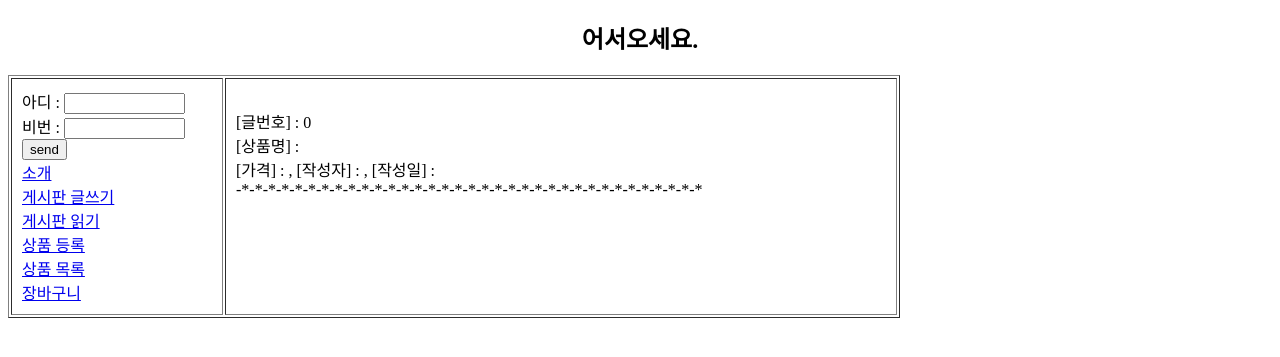
Repository: supremehappy/JSP_test02
Page: http://localhost/MyHomeMyBatis/proitem
The author's editor kept a copy of each file at every save. The page is drawn from the files as they stood at one save, then again after the next save.
The browser window is 1280 px wide. The pictures show the whole page.
The page is served by Tomcat 9. Other server files are loaded and not shown. Queries for data that is not in the repository find no rows.

Above is the page before, as saved 2017-07-31 08:08:32.

### MyHomeMyBatis/WebContent/templat.jsp
<%@ page language="java" contentType="text/html; charset=UTF-8"
    pageEncoding="UTF-8"%>
<%@ taglib uri="http://java.sun.com/jsp/jstl/core" prefix="c" %>
<!DOCTYPE html PUBLIC "-//W3C//DTD HTML 4.01 Transitional//EN" "http://www.w3.org/TR/html4/loose.dtd">
<html>
<head>
<meta http-equiv="Content-Type" content="text/html; charset=UTF-8">
<title>myHome</title>
</head>
<body>
<h2 align="center">어서오세요.</h2>
<table border="1" cellpadding="10">
	<tr>
		<td width="190" valign="top">

			<c:choose>
				<c:when test="${sessionScope.id ==null }">
					<jsp:include page="login.jsp" />
				</c:when>
				<c:otherwise>
					<jsp:include page="logout.jsp" />
				</c:otherwise>
			</c:choose>

			<a href="templat.jsp?BODY=intro.html">소개</a><br>
			<a href="templat.jsp?BODY=bbsInput.jsp">게시판 글쓰기</a><br>
			<a href="bbs-list">게시판 읽기</a><br>
			<a href="templat.jsp?BODY=productInput.html">상품 등록</a><br>
			<a href="pro-list">상품 목록</a><br>
			<a href="cart-list">장바구니</a><br>
		</td>

		<td width="650" valign="top">
			<c:choose>
				<c:when test="${param.BODY !=null }">
					<jsp:include page="${param.BODY}"/>
				</c:when>
				<c:otherwise>
					<jsp:include page="front.jsp"/>
				</c:otherwise>
			</c:choose>
		</td>
	</tr>
</table>
</body>
</html>

### MyHomeMyBatis/WebContent/login.jsp
<%@ page language="java" contentType="text/html; charset=UTF-8"
    pageEncoding="UTF-8"%>
<%@ taglib prefix="c" uri="http://java.sun.com/jsp/jstl/core" %>
<!DOCTYPE html PUBLIC "-//W3C//DTD HTML 4.01 Transitional//EN" "http://www.w3.org/TR/html4/loose.dtd">
<html>
<head>
<meta http-equiv="Content-Type" content="text/html; charset=UTF-8">
<title>Insert title here</title>
</head>
<body>
<c:choose>
	<c:when test="${param.UPLOAD != null }">
		<h2>plz, login</h2>
		<form action="login" method="post">
			아디 : <input type="text" name="id" size="12" /><br>
			비번 : <input type="password" name="pw" size="12" /><br>
			<input type="submit" value="send"/>
		</form>
	</c:when>

	<c:when test="${param.UPLOAD2 != null }">
		<h2>plz, login</h2>
		<form action="login" method="post">
			아디 : <input type="text" name="id" size="12" /><br>
			비번 : <input type="password" name="pw" size="12" /><br>
			<input type="submit" value="send"/>
		</form>
	</c:when>

	<c:otherwise>
		<form action="login" method="post">
			아디 : <input type="text" name="id" size="12" /><br>
			비번 : <input type="password" name="pw" size="12" /><br>
			<input type="submit" value="send"/>
		</form>
	</c:otherwise>
</c:choose>
</body>
</html>

### MyHomeMyBatis/WebContent/ProContentView.jsp
<%@ page language="java" contentType="text/html; charset=UTF-8"
    pageEncoding="UTF-8"%>
<!DOCTYPE html PUBLIC "-//W3C//DTD HTML 4.01 Transitional//EN" "http://www.w3.org/TR/html4/loose.dtd">
<html>
<head>
<meta http-equiv="Content-Type" content="text/html; charset=UTF-8">
<title>Insert title here</title>
</head>
<body>
<h2 align="center"></h2>
[글번호] : ${PRO_ITEM.pid }<br>
[상품명] : ${PRO_ITEM.name }<br>
[가격] : ${PRO_price}, [작성자] : ${PRO_ITEM.writer }, [작성일] : ${PRO_ITEM.date }<br>
-*-*-*-*-*-*-*-*-*-*-*-*-*-*-*-*-*-*-*-*-*-*-*-*-*-*-*-*-*-*-*-*-*-*-*<br>
${PRO_ITEM.content}
</body>
</html>

### MyHomeMyBatis/src/myHome/ProItemServlet.java
package myHome;

import java.io.IOException;
import java.sql.Connection;
import java.sql.DriverManager;
import java.sql.ResultSet;
import java.sql.Statement;

import javax.servlet.RequestDispatcher;
import javax.servlet.ServletException;
import javax.servlet.annotation.WebServlet;
import javax.servlet.http.HttpServlet;
import javax.servlet.http.HttpServletRequest;
import javax.servlet.http.HttpServletResponse;

/**
 * Servlet implementation class ProItemServlet
 */
@WebServlet("/proitem")
public class ProItemServlet extends HttpServlet {
	private static final long serialVersionUID = 1L;

    /**
     * @see HttpServlet#HttpServlet()
     */
    public ProItemServlet() {
        super();
        // TODO Auto-generated constructor stub
    }

	/**
	 * @see HttpServlet#doGet(HttpServletRequest request, HttpServletResponse response)
	 */
	protected void doGet(HttpServletRequest request, HttpServletResponse response) throws ServletException, IOException {

		String pid = request.getParameter("PID");
		Connection conn=null; Statement stmt = null;
		ProItem item = new ProItem();

		try{
			Class.forName("oracle.jdbc.driver.OracleDriver");
			conn = DriverManager.getConnection("jdbc:oracle:thin:@127.0.0.1:1521:orcl","hr","1234");

			if(conn==null) throw new Exception("error");
			stmt=conn.createStatement();

			String sql = "select * from product_info where pid ="+pid;
			ResultSet rs= stmt.executeQuery(sql);

			if(rs.next()){
				item.setPid(rs.getInt("pid"));
				item.setName(rs.getString("name"));
				item.setPrice(rs.getInt("price"));
				item.setContent(rs.getString("content"));
				item.setDate(rs.getString("p_date"));
				item.setWriter(rs.getString("id"));
			}
		}catch(Exception e){
			e.printStackTrace();
		}finally{
			try{stmt.close(); conn.close();}catch(Exception e){}
		}

		request.setAttribute("PRO_ITEM", item);
		RequestDispatcher dis = request.getRequestDispatcher("templat.jsp?BODY=ProContentView.jsp");

		dis.forward(request, response);
	}

	/**
	 * @see HttpServlet#doPost(HttpServletRequest request, HttpServletResponse response)
	 */
	protected void doPost(HttpServletRequest request, HttpServletResponse response) throws ServletException, IOException {
		// TODO Auto-generated method stub
		doGet(request, response);
	}

}

### MyHomeMyBatis/src/myHome/ProItem.java
package myHome;

public class ProItem {

	private int pid;
	private String name;
	private int price;
	private String content;
	private String writer;
	private String date;

	public int getPid() {
		return pid;
	}
	public void setPid(int pid) {
		this.pid = pid;
	}
	public String getName() {
		return name;
	}
	public void setName(String name) {
		this.name = name;
	}
	public int getPrice() {
		return price;
	}
	public void setPrice(int price) {
		this.price = price;
	}
	public String getContent() {
		return content;
	}
	public void setContent(String content) {
		this.content = content;
	}
	public String getWriter() {
		return writer;
	}
	public void setWriter(String writer) {
		this.writer = writer;
	}
	public String getDate() {
		return date;
	}
	public void setDate(String date) {
		this.date = date;
	}
}

After the next save:
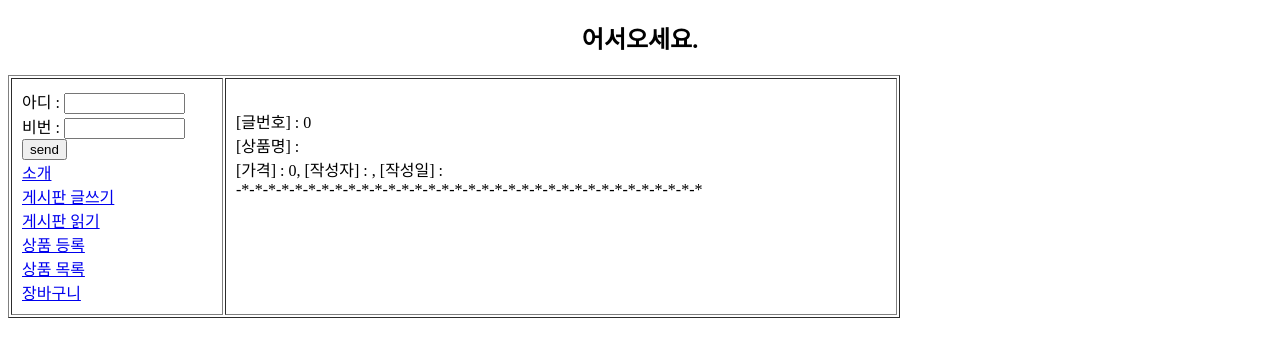
Saved 6 min 38 s later.
--- a/MyHomeMyBatis/WebContent/ProContentView.jsp
+++ b/MyHomeMyBatis/WebContent/ProContentView.jsp
@@ -10,7 +10,7 @@
 <h2 align="center"></h2>
 [글번호] : ${PRO_ITEM.pid }<br>
 [상품명] : ${PRO_ITEM.name }<br>
-[가격] : ${PRO_price}, [작성자] : ${PRO_ITEM.writer }, [작성일] : ${PRO_ITEM.date }<br>
+[가격] : ${PRO_ITEM.price}, [작성자] : ${PRO_ITEM.writer }, [작성일] : ${PRO_ITEM.date }<br>
 -*-*-*-*-*-*-*-*-*-*-*-*-*-*-*-*-*-*-*-*-*-*-*-*-*-*-*-*-*-*-*-*-*-*-*<br>
 ${PRO_ITEM.content}
 </body>
